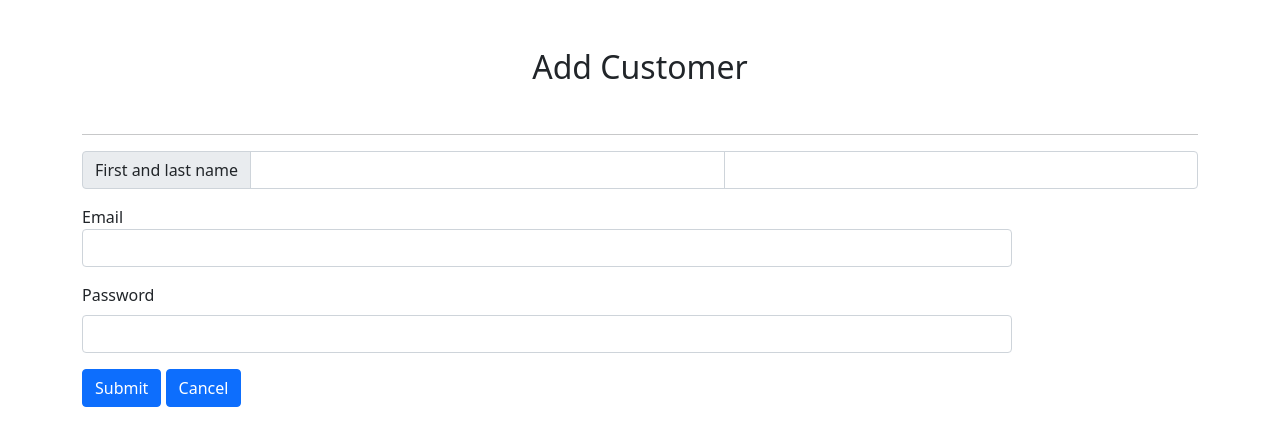
Repository: valletivarish/monojsp
Page: http://localhost/11-bank-application/add-customer.jsp
These files come from the project's save history. The page is drawn as it stood at one moment and after the next save; the edit follows.
The browser window is 1280 px wide. The pictures show the whole page.
The page is served by Tomcat 9. Other server files are loaded and not shown.

Above is the page before, as saved 2024-07-20 07:12:51.

### 11-bank-application/WebContent/add-customer.jsp
<%@ page language="java" contentType="text/html; charset=ISO-8859-1"
	pageEncoding="ISO-8859-1"%>
<!DOCTYPE html>
<html>
<head>
<meta charset="ISO-8859-1">
<title>Insert title here</title>
<link
	href="https://cdn.jsdelivr.net/npm/bootstrap@5.0.2/dist/css/bootstrap.min.css"
	rel="stylesheet"
	integrity="sha384-EVSTQN3/azprG1Anm3QDgpJLIm9Nao0Yz1ztcQTwFspd3yD65VohhpuuCOmLASjC"
	crossorigin="anonymous">
<script
	src="https://cdn.jsdelivr.net/npm/bootstrap@5.0.2/dist/js/bootstrap.bundle.min.js"
	integrity="sha384-MrcW6ZMFYlzcLA8Nl+NtUVF0sA7MsXsP1UyJoMp4YLEuNSfAP+JcXn/tWtIaxVXM"
	crossorigin="anonymous"></script>
</head>
<body>
	<div class="container my-5">
		<h2 class="text-center my-5">Add Customer</h2>
		<hr>
		<form action="admin" method="post">
			<div class="col-sm-10 my-3">
				<input type="hidden" name="command" value="insert"
					class="form-control">
			</div>
			<div class="input-group">
				<span class="input-group-text">First and last name</span> <input
					type="text" aria-label="First name" class="form-control"> <input
					type="text" aria-label="Last name" class="form-control">
			</div>
			<div class="col-sm-10 my-3">
				<label for="email" class="label">Email</label> <input type="text"
					name="email" id="email" class="form-control">
			</div>
			<div class="col-sm-10 my-3">
				<label for="password" class="form-label">Password</label> <input
					type="password" id="password" name="password" class="form-control"
					required>
			</div>

			<div class="col-sm-10">
				<input type="submit" value="Submit" class="btn btn-primary">
				<a href="admin" class="btn btn-primary">Cancel</a>
			</div>

		</form>
	</div>
</body>
</html>

After the next save:
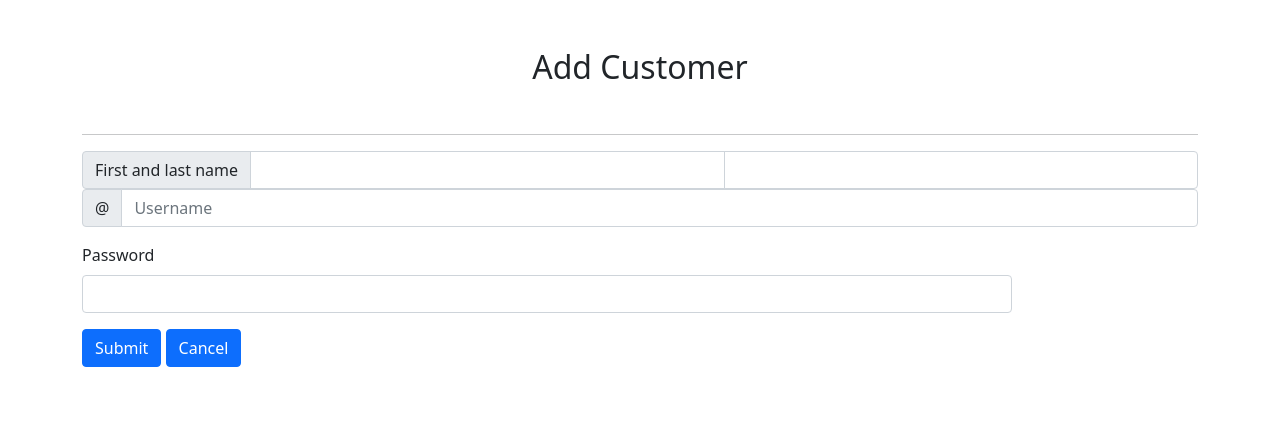
Saved 64 s later.
--- a/11-bank-application/WebContent/add-customer.jsp
+++ b/11-bank-application/WebContent/add-customer.jsp
@@ -29,9 +29,10 @@
 					type="text" aria-label="First name" class="form-control"> <input
 					type="text" aria-label="Last name" class="form-control">
 			</div>
-			<div class="col-sm-10 my-3">
-				<label for="email" class="label">Email</label> <input type="text"
-					name="email" id="email" class="form-control">
+			<div class="input-group flex-nowrap">
+				<span class="input-group-text" id="addon-wrapping">@</span> <input
+					type="text" class="form-control" placeholder="Username"
+					aria-label="Username" aria-describedby="addon-wrapping">
 			</div>
 			<div class="col-sm-10 my-3">
 				<label for="password" class="form-label">Password</label> <input
